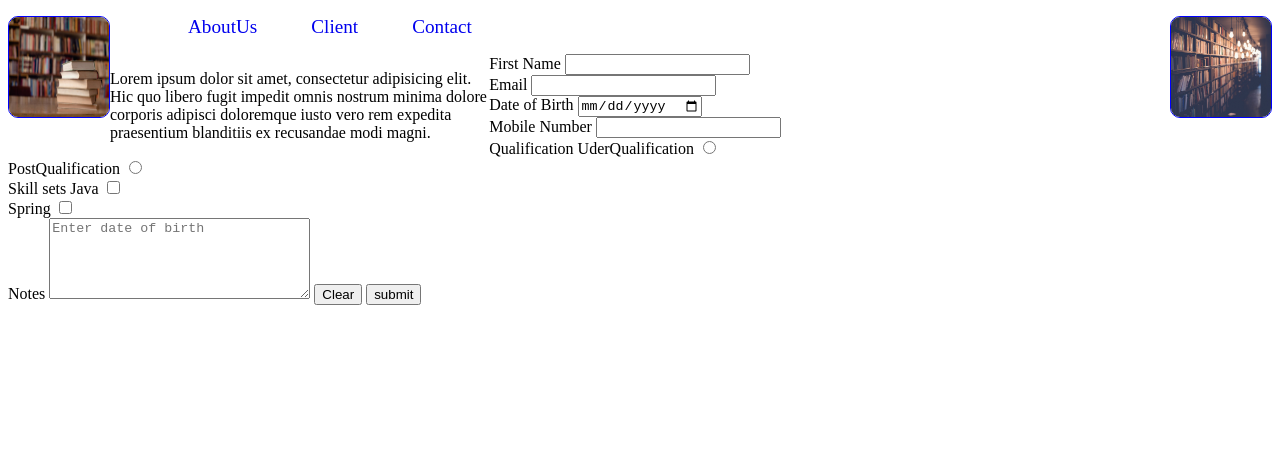
Repository: venkatesakki/JavaDeveloper
Page: html_examples/src/main/webapp/register.html
An editor plug-in stored every save of this project. The page is shown before and after the next save, followed by the edit.
The browser window is 1280 px wide. The pictures show the whole page.

Above is the page before, as saved 2022-06-23 06:34:57.

### html_examples/src/main/webapp/register.html
<!DOCTYPE html>
<html>
<head>
<meta charset="UTF-8">
<title>Register User</title>
<link href="images/jetslogo.png" type="image/png" rel="icon" />
<link href="styles/style.css" type="text/css" rel="stylesheet">

<style type="text/css">
ul>li {
	display: inline;
	margin-left: 50px;
}

a {
	text-decoration: none;
	font-size: 1.2em;
}

.smallImage {
	width: 100px;
	height: 100px;
	border: 1px solid blue;
	border-radius: 10px;
}

.left {
	float: left;
}

.right {
	float: right;
}
</style>
</head>
<body>
	<header>
		<img alt="Image of Book" src="images/sample.jpg"
			class="smallImage left"> <img alt="Image of Book"
			src="images/sample1.jpeg" class="smallImage right">
		<nav>
			<ul style="margin-left: 90px">

				<li><a href="aboutus.html">AboutUs</a></li>
				<li><a href="client.html">Client</a></li>
				<li><a href="contact.html">Contact</a></li>

			</ul>
		</nav>
	</header>
	<section style="width: 100%; background-color: grey;display: inline;">

		<article style="width: 30%" class="left">
			<p>Lorem ipsum dolor sit amet, consectetur adipisicing elit. Hic
				quo libero fugit impedit omnis nostrum minima dolore corporis
				adipisci doloremque iusto vero rem expedita praesentium blanditiis
				ex recusandae modi magni.</p>

		</article>
		<article style="width: 70%">
			<form action="client.html" method="post">
				<div>
					<label for="firstName">First Name</label> <input type="text"
						name="firstName" id="firstName" required />
				</div>
				<div>
					<label for="email">Email</label> <input type="email" name="email"
						id="email" multiple="multiple" />
				</div>
				<div>
					<label for="birthDate">Date of Birth</label> <input type="date"
						name="birthDate" id="birthDate" />
				</div>
				<div>
					<label for="mobile">Mobile Number</label> <input type="tel"
						name="mobileNumber" id="mobile" pattern="[0-9]{10}" />
				</div>
				<div>
					<label for="">Qualification</label> <label for="ug">UderQualification</label>
					<input type="radio" value="Under Graduate" name="qualidication"
						id="ug" />
				</div>
				<div>
					<label for="pg">PostQualification</label> <input type="radio"
						value="Post Graduate" name="qualidication" id="pg" />
				</div>
				<div>
					<label for="skill">Skill sets</label> <label for="java">Java</label>
					<input type="checkbox" value="java" name="skill" id="java" />
				</div>
				<div>
					<label for="spring">Spring</label> <input type="checkbox"
						value="spring" name="skill" id="spring" />

				</div>
				<div>
					<label for="notes">Notes</label>
					<textarea name="notes" cols="30" rows="5" id="notes"
						placeholder="Enter date of birth"></textarea>

					<input type="reset" value="Clear" /> <input type="submit"
						value="submit" />
				</div>
			</form>
		</article>

		<footer></footer>
	</section>

</body>
</html>

### html_examples/src/main/webapp/styles/style.css
@charset "UTF-8";

h4{

	color:#2e3436;
}

.centerText{
	text-align:center;

}
.ligt{
	color:rgb(255,0,0);
}
.dark{
	color:rgb(0,110,110);
}
.darkest{
	color:rgb(0,0,255);
}
.centerTable{
	text-align:center;
}
table{
	border:1px solid black;
	border-collapse:collapse;
	margin-left:auto;
	margin-right:auto;
/* 	margin-top:auto; */
/* 	margin-bottom:auto; */
/* 	margin-left:15%; margin-right:15% */
}
th,tr,td{
	border:3px solid black;
}
.background{
	background-image:url("../images/Jets_Pizza_Banner_Image.png");
	background-repeat: no-repeat;
	background-size:cover;
}

After the next save:
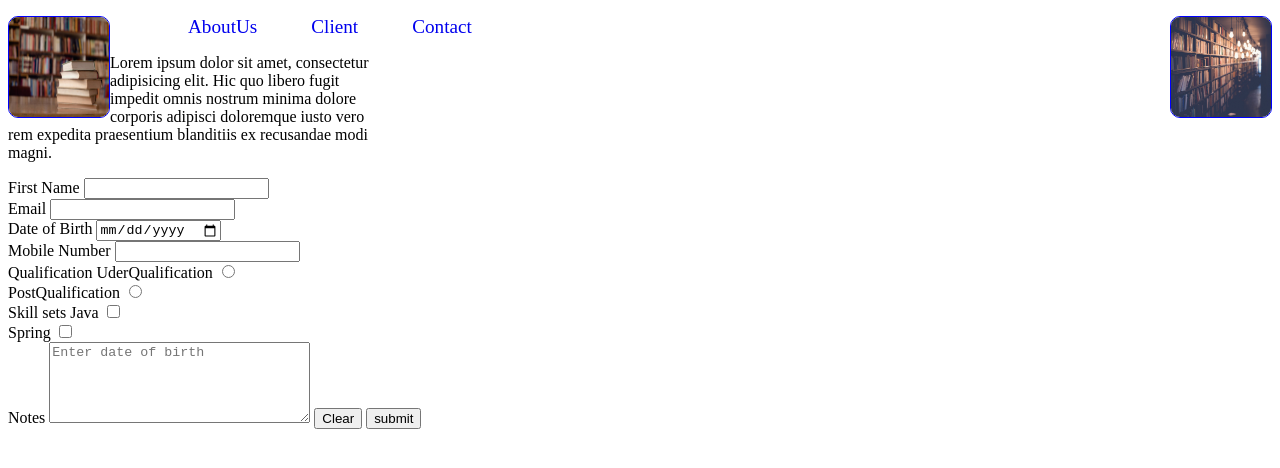
Saved 27 s later.
--- a/html_examples/src/main/webapp/register.html
+++ b/html_examples/src/main/webapp/register.html
@@ -50,7 +50,7 @@
 	</header>
 	<section style="width: 100%; background-color: grey;display: inline;">
 
-		<article style="width: 30%" class="left">
+		<article style="width: 30%" ;border:1px;class="left">
 			<p>Lorem ipsum dolor sit amet, consectetur adipisicing elit. Hic
 				quo libero fugit impedit omnis nostrum minima dolore corporis
 				adipisci doloremque iusto vero rem expedita praesentium blanditiis

After the save that followed:
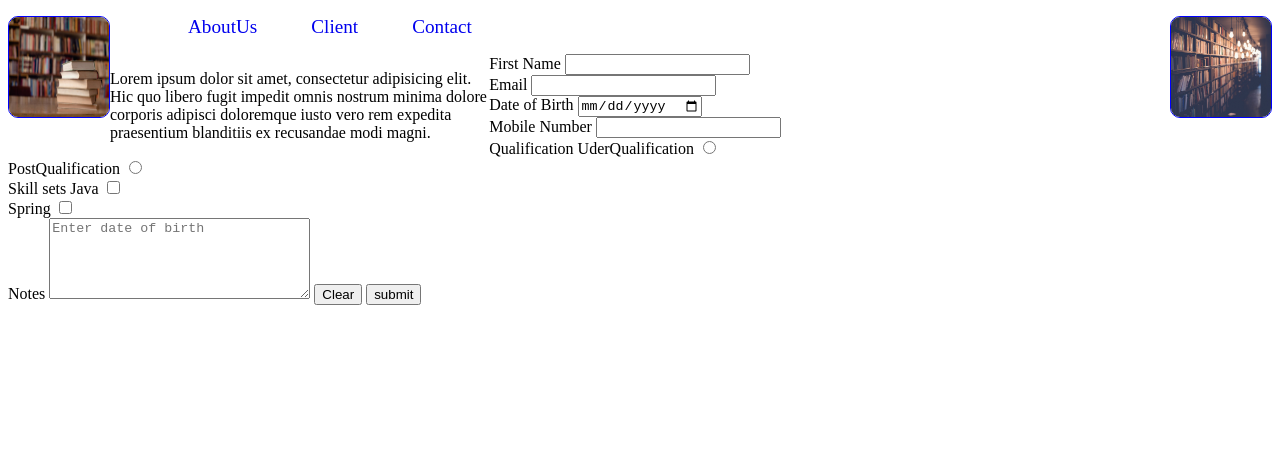
Saved 52 s later.
--- a/html_examples/src/main/webapp/register.html
+++ b/html_examples/src/main/webapp/register.html
@@ -50,7 +50,7 @@
 	</header>
 	<section style="width: 100%; background-color: grey;display: inline;">
 
-		<article style="width: 30%" ;border:1px;class="left">
+		<article style="width: 30%" ; class="left">
 			<p>Lorem ipsum dolor sit amet, consectetur adipisicing elit. Hic
 				quo libero fugit impedit omnis nostrum minima dolore corporis
 				adipisci doloremque iusto vero rem expedita praesentium blanditiis
